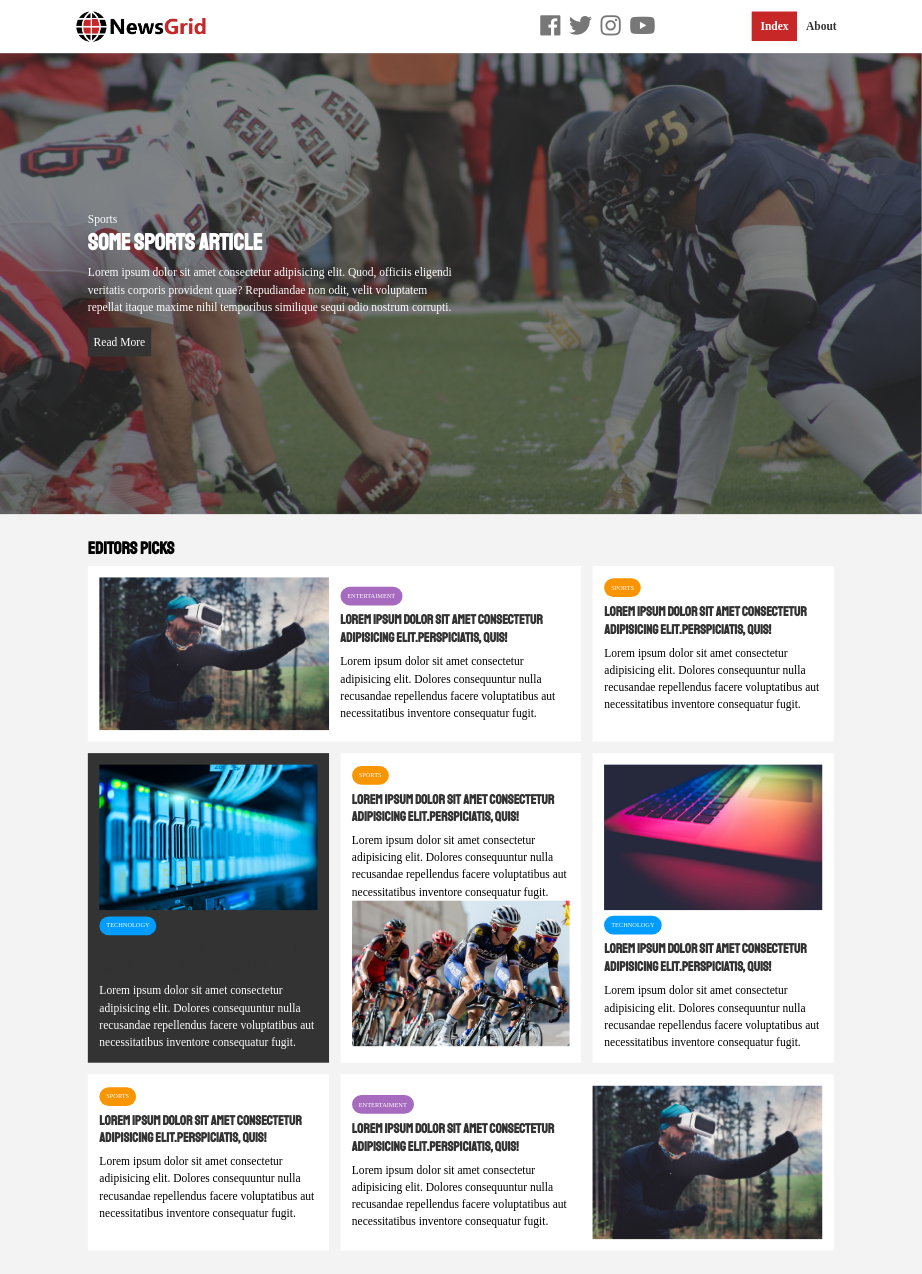
Repository: minhtien9/newsgrid
Page: index.html
These files come from the project's save history. The page is drawn as it stood at one moment and after the next save; the edit follows.
The browser window is 1280 px wide. The pictures show the whole page, at 72% of full size.
Some web libraries are served in a nearby version.

Above is the page before, as saved 2021-08-25 21:46:55.

After the next save:
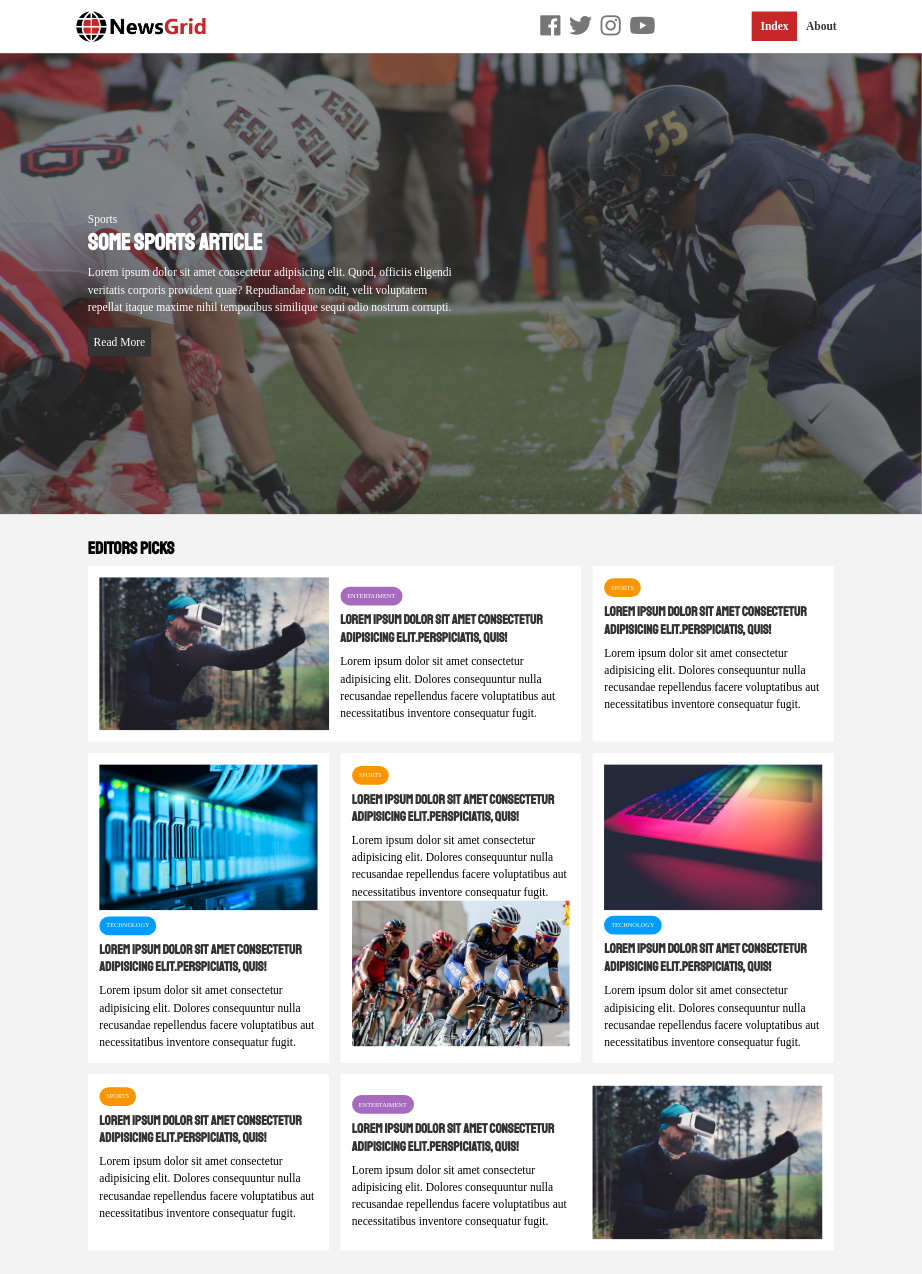
Saved 13 s later.
--- a/index.html
+++ b/index.html
@@ -84,7 +84,7 @@
               necessitatibus inventore consequatur fugit.
             </p>
           </article>
-          <article class="card bg-dark">
+          <article class="card">
             <img src="img/articles/tech1.jpg" alt="" />
             <div class="category category-tech">Technology</div>
             <h3>
